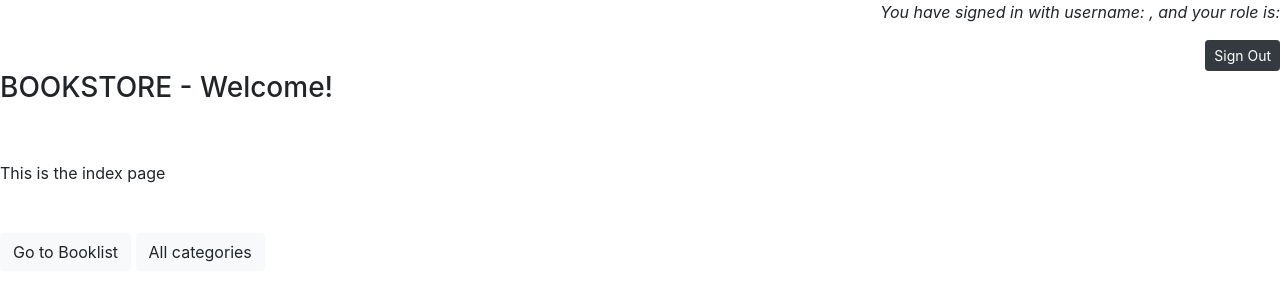
Repository: LiljestromNadja/Backend_s2023_harjoitustyo
Page: http://localhost/index
These files come from the project's save history. The page is drawn as it stood at one moment and after the next save; the edit follows.
The browser window is 1280 px wide. The pictures show the whole page.
The page is this project's Thymeleaf template; nobody is signed in. The template is opened directly, without the code that normally fills it, so the values that code supplies are empty.

Above is the page before, as saved 2023-11-09 19:01:05.

### harkkas23v01/src/main/resources/templates/index.html
<!DOCTYPE HTML>
<html xmlns:th="http://www.thymeleaf.org">
<head>
<title>Index</title>
<meta http-equiv="Content-Type" content="text/html; charset=UTF-8" />
<link type="text/css" rel="stylesheet" href="/css/bootstrap.min.css" th:href="@{css/bootstrap.min.css}" />
<!-- Lisättiin tyyli, bootstrap 4.0 -->
</head>
<body>
	<div class="text-right">
		<p class="text-right">
			<i>You have signed in with username: <b sec:authentication="name"></b>,
			and your role is: <b sec:authentication="principal.authorities"></b></i>
		</p>

		<form th:action="@{/logout}" method="post">
			<input type="submit" value="Sign Out" class="btn btn-sm btn-dark" />
		</form>
	</div>

	<div>
		<h3>BOOKSTORE - Welcome!</h3>
		<br></br> This is the index page
	</div>

	<br></br>
	<div>
		<a href="/booklist"><button type="button" class="btn btn-light">Go to Booklist</button></a>
		<a href="/categories"><button type="button" class="btn btn-light">All categories</button></a>
		<a sec:authorize="hasAuthority('ADMIN')" href="/admin/register"><button type="button" class="btn btn-light">Create a new user</button></a>
		<a sec:authorize="hasAuthority('ADMIN')" href="/admin/userlist"><button type="button" class="btn btn-light">Go to userlist</button></a>
		<a sec:authorize="hasAuthority('ADMIN')" href="/allComments"><button type="button" class="btn btn-light">All comments</button></a>
<!-- 	<a sec:authorize="hasAuthority('ADMIN')" href="/h2-console"><button type="button" class="btn btn-light">h2</button></a><br>  -->
		<br>
		<br>
	</div>
</body>
</html>


<!-- <button type="button" class="btn btn-light">Light</button>
 -->

Loaded but not shown: harkkas23v01/src/main/resources/static/css/bootstrap.min.css (library)

After the next save:
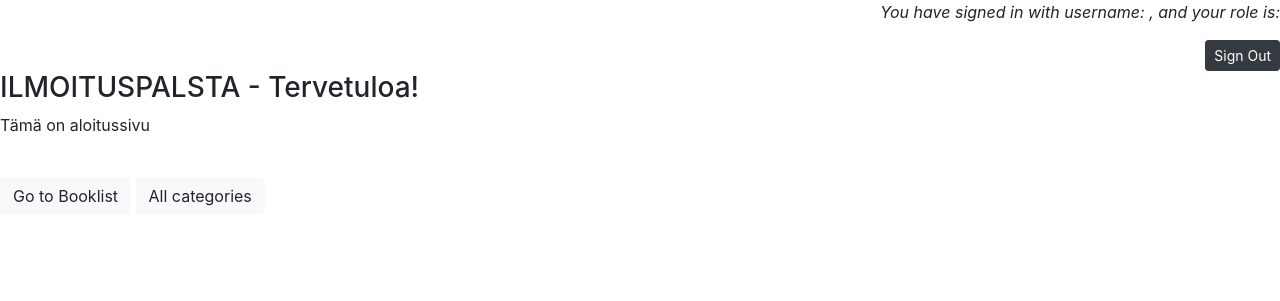
Saved 2 min 51 s later.
--- a/harkkas23v01/src/main/resources/templates/index.html
+++ b/harkkas23v01/src/main/resources/templates/index.html
@@ -19,11 +19,12 @@
 	</div>
 
 	<div>
-		<h3>BOOKSTORE - Welcome!</h3>
-		<br></br> This is the index page
+		<h3>ILMOITUSPALSTA - Tervetuloa!</h3>
+
+		 Tämä on aloitussivu
 	</div>
 
-	<br></br>
+	<div style="clear: both; display: block; height: 40px;"></div>
 	<div>
 		<a href="/booklist"><button type="button" class="btn btn-light">Go to Booklist</button></a>
 		<a href="/categories"><button type="button" class="btn btn-light">All categories</button></a>
